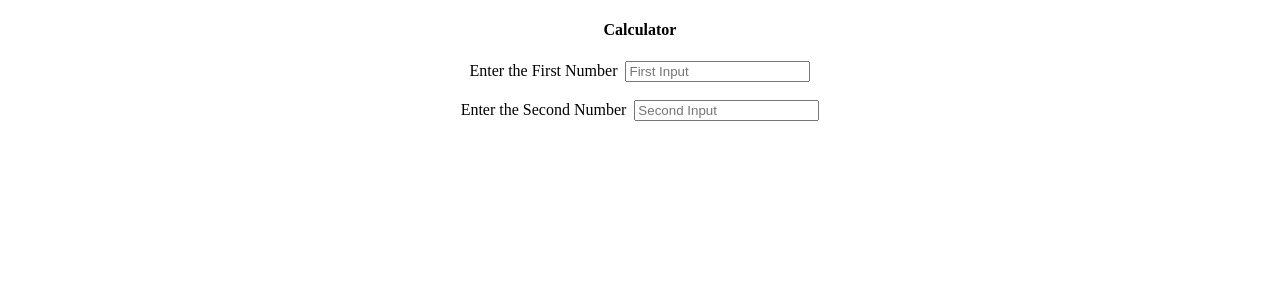
Repository: Shreyash1107/Intern_Projects
Page: Calculator/src/main/webapp/Calculator.html
The author's editor kept a copy of each file at every save. The page is drawn from the files as they stood at one save, then again after a run of saves.
The browser window is 1280 px wide. The pictures show the whole page.

Above is the page before, as saved 2024-07-03 10:10:33.

### Calculator/src/main/webapp/Calculator.html
<!DOCTYPE html>
<html>
<head>
<meta charset="ISO-8859-1">
<title>Calculator</title>
</head>
<body>
		<center>
			<form>
				<div class="wrapper">
			<h4>Calculator</h4>
			<div class="container">
					<tr>
					<td>Enter the First Number</td>&nbsp;
						<td><input type="number" name="First" value="" placeholder="First Input"</td>
					</tr>
					<br><br>
					<tr>
						<td>Enter the Second Number</td>&nbsp;
						<td><input type="number" name="Second" value="" placeholder="Second Input"</td>
					</tr>

			</div>
		</div>
			</form>
		</center>
</body>
</html>

After the next 2 saves:
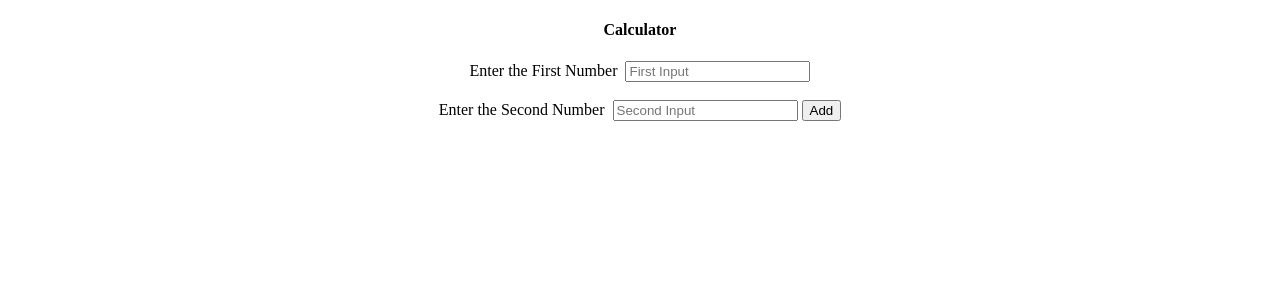
The 2 saves are shown as one change because they came seconds apart.
The last was saved 19 s later.
--- a/Calculator/src/main/webapp/Calculator.html
+++ b/Calculator/src/main/webapp/Calculator.html
@@ -19,7 +19,7 @@
 						<td>Enter the Second Number</td>&nbsp;
 						<td><input type="number" name="Second" value="" placeholder="Second Input"</td>
 					</tr>
-
+					<input type="submit" name="s" value="Add"
 			</div>
 		</div>
 			</form>
